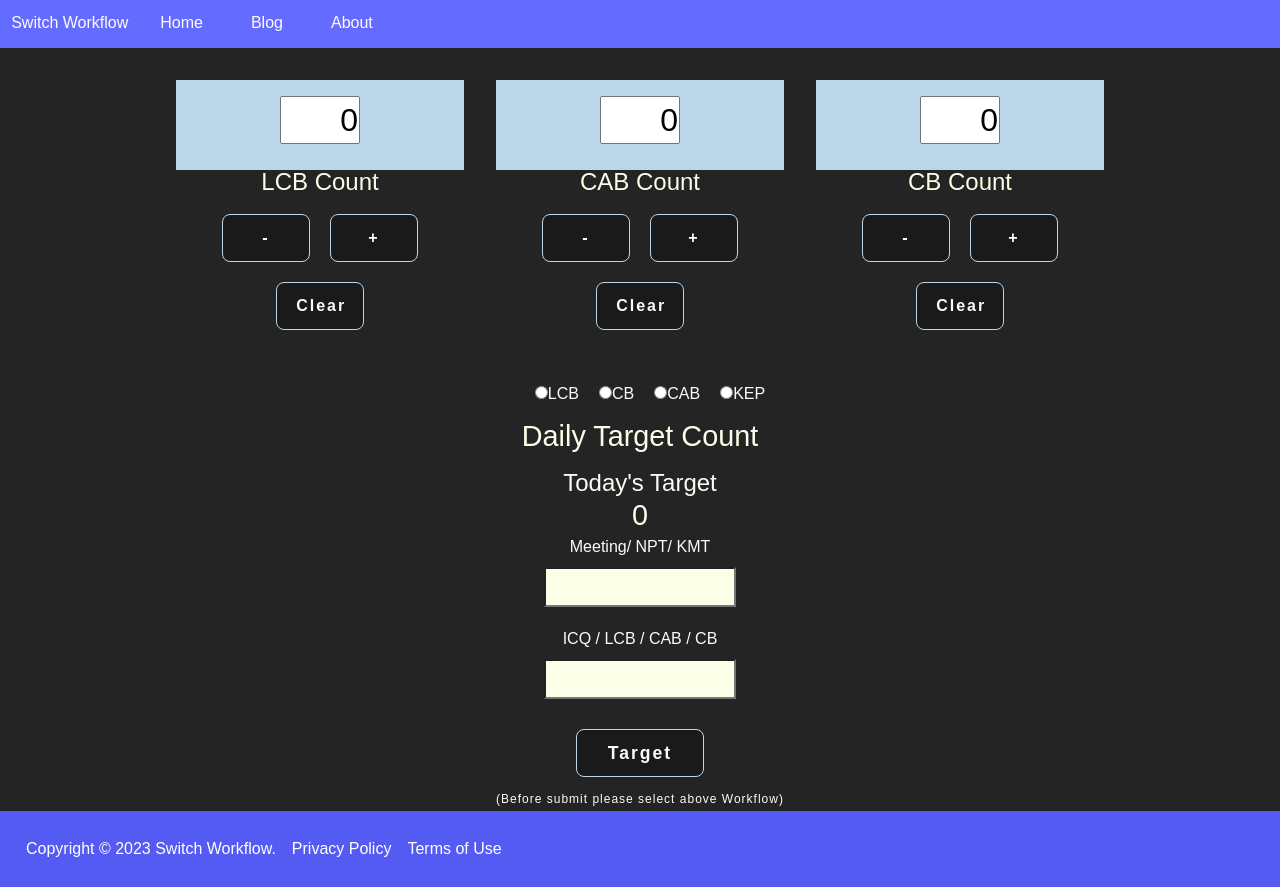
Repository: suraj-yadav7/SwitchWorkflow-Count-reactjs
Page: /
These files come from the project's save history. The page is drawn as it stood at one moment and after the next save; the edit follows.
The browser window is 1280 px wide. The pictures show the whole page.
Some web fonts or font styles are not loaded; a fallback is used. The project was rebuilt for these pictures with package versions that can differ from the ones it lists, and the page was loaded fresh each time.

Above is the page before, as saved 2023-04-20 12:22:27.

After the next save:
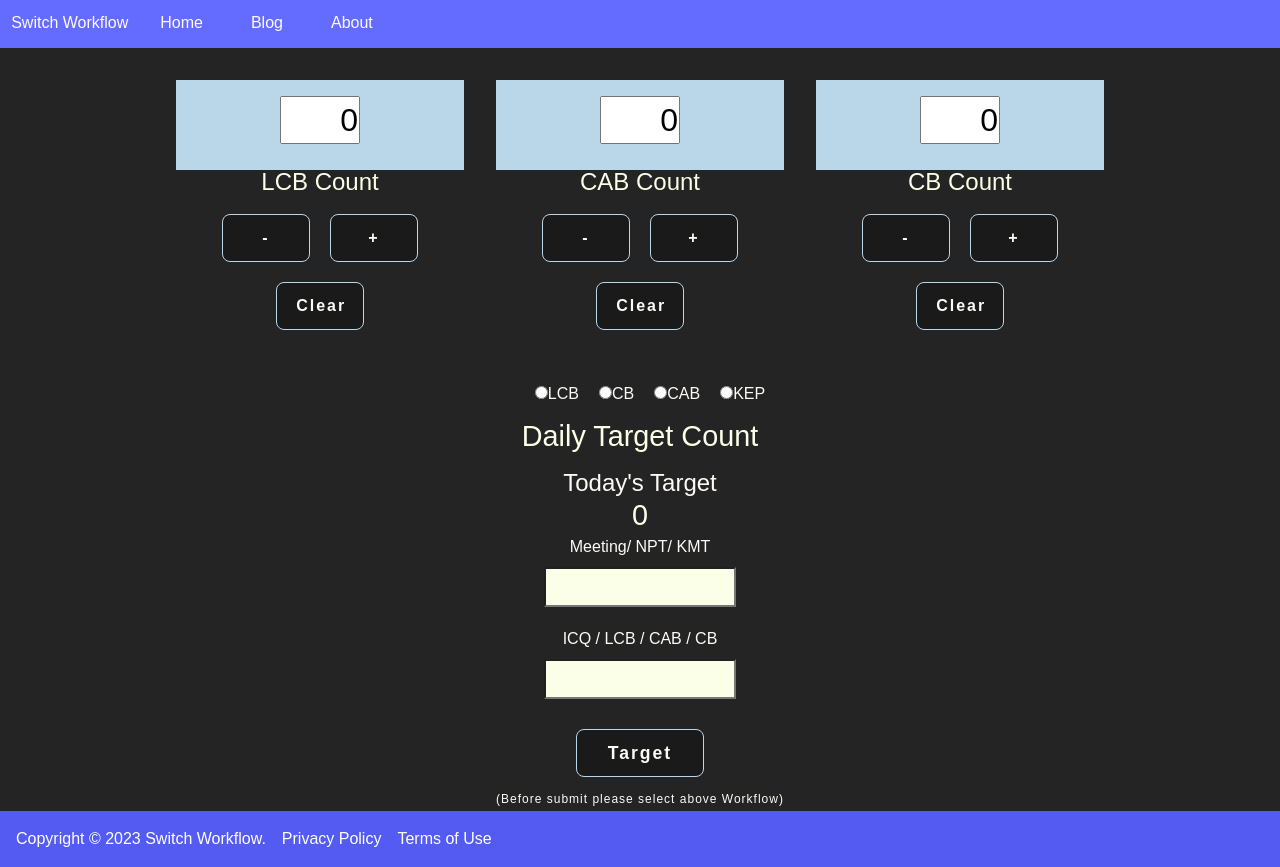
Saved 3 s later.
--- a/src/App.css
+++ b/src/App.css
@@ -165,12 +165,10 @@ footer{
   display: flex;
   background-color: #535bf2 !important;
   color: #fff !important;
-  padding: 10px;
 }
 
 footer >ul{
 display: flex;
-border-radius: 2px soild red;
 gap: 1rem;
 padding: 1rem;
 }
